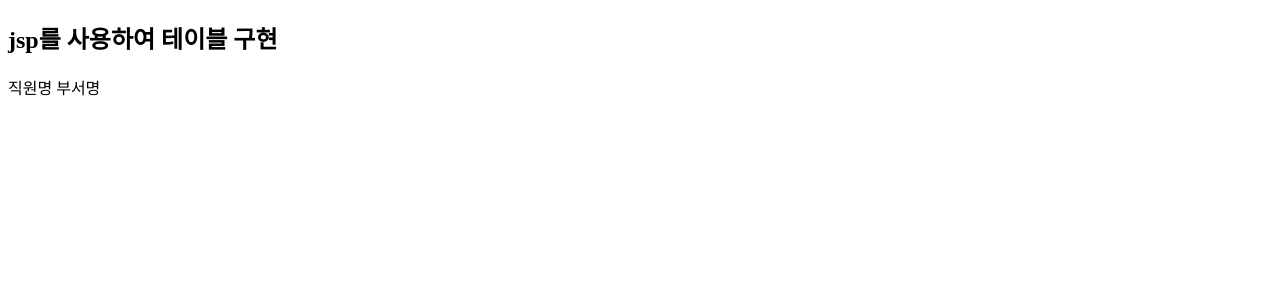
Repository: sieoh/2024html-
Page: http://localhost/jspweb_07/forstat_ex.jsp
These files come from the project's save history. The page is drawn as it stood at one moment and after the next save; the edit follows.
The browser window is 1280 px wide. The pictures show the whole page.
The page is served by Tomcat 9.

Above is the page before, as saved 2024-01-11 00:45:28.

After the next save:
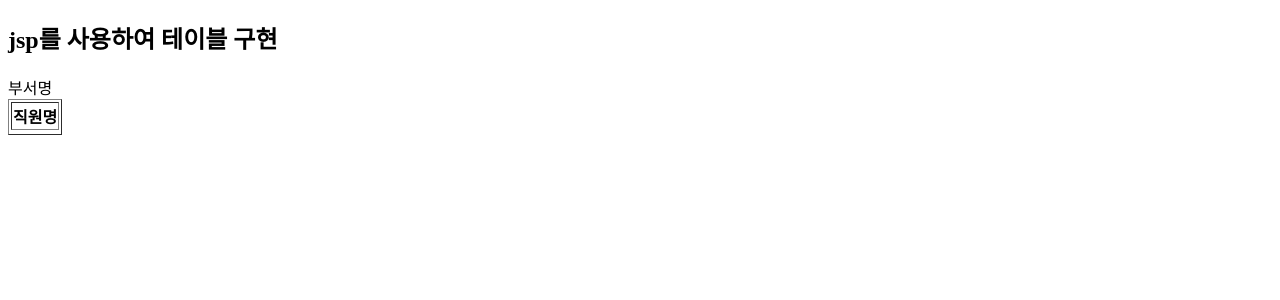
Saved 61 s later.
--- a/workspace_sts/jspweb_07/src/main/webapp/forstat_ex.jsp
+++ b/workspace_sts/jspweb_07/src/main/webapp/forstat_ex.jsp
@@ -20,12 +20,12 @@
       	departName.add("개발팀");
       	departName.add("보안팀");
 
-		out.println("<tabele border='1'>");
+		out.println("<table border='1'>");
 			out.println("<tr>");
 			out.println("<th>직원명</th>");
 			out.println("<tr>부서명</th>");
 			out.println("</tr>");
-		out.println("<tabele>");
+		out.println("<table>");
 	%>
 </body>
 </html>
